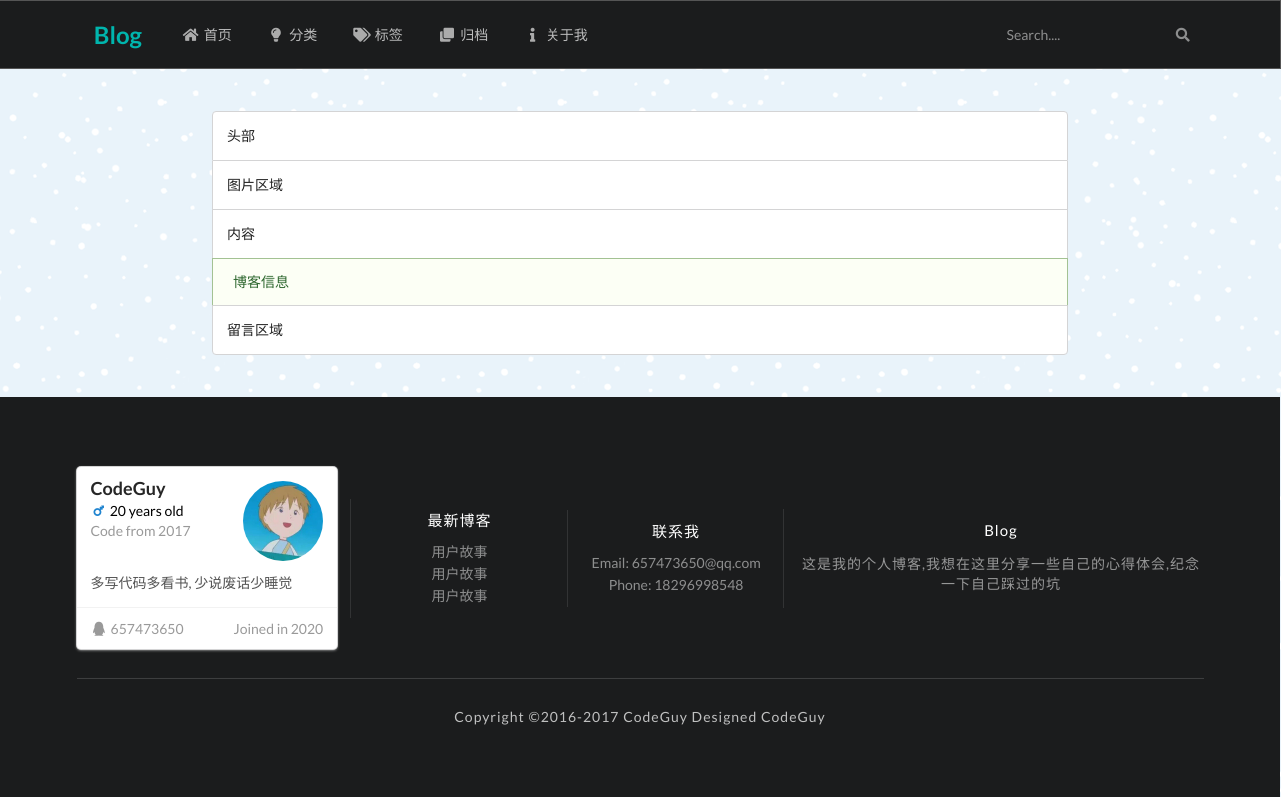
Repository: GOGOHQ/myblog
Page: blog.html
The author's editor kept a copy of each file at every save. The page is drawn from the files as they stood at one save, then again after the next save.
The browser window is 1280 px wide. The page is 1281 px wide, so the pictures cover 1281 px, including what lies to the right of the window. The pictures show the whole page.
Some web libraries are served in a nearby version.

Above is the page before, as saved 2020-01-17 13:02:21.

After the next save:
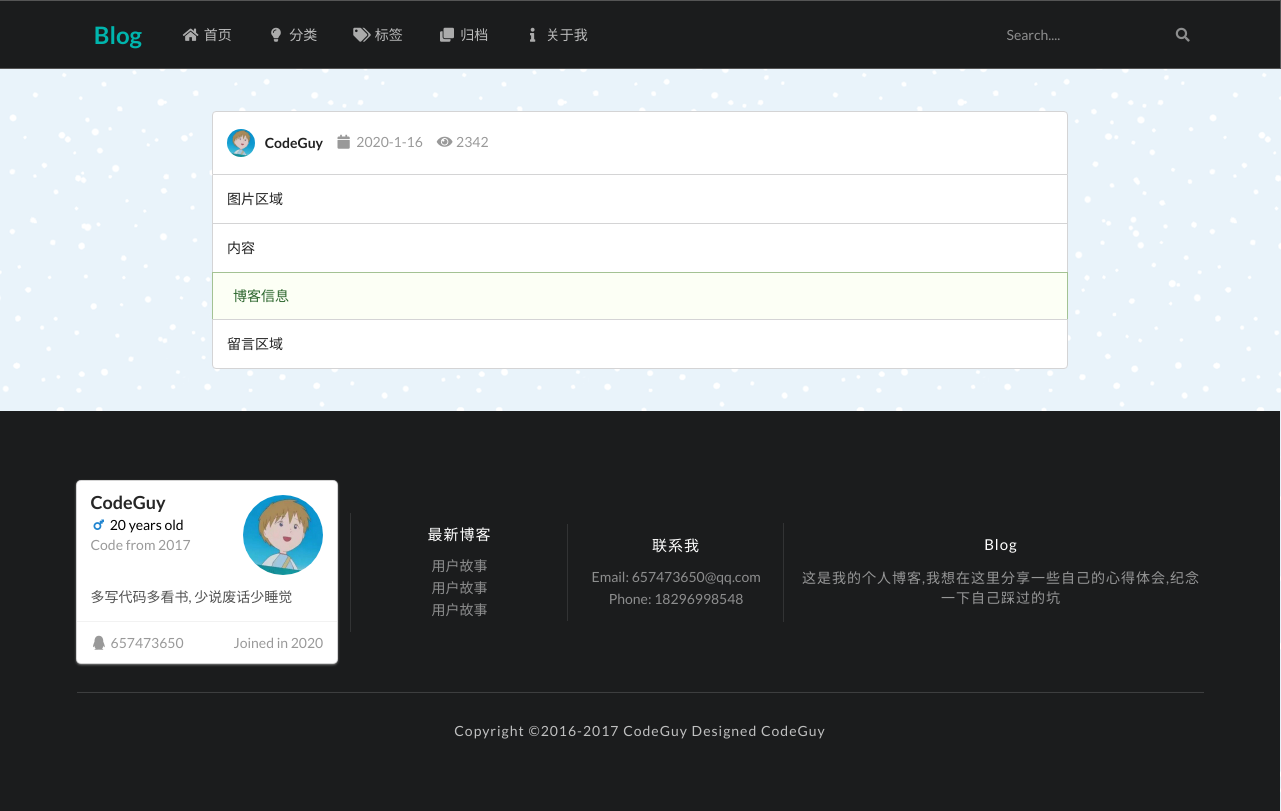
Saved 72 s later.
--- a/blog.html
+++ b/blog.html
@@ -38,7 +38,20 @@
 <div class="m-padded-tb-big m-small-container">
     <div class="ui container">
         <div class="ui top attached segment">
-            头部
+            <div class="ui horizontal link list ">
+                <div class="item">
+                    <img src="static/images/avatar.jpg" alt="" class="ui avatar image">
+                    <div class="content">
+                        <div class="header">CodeGuy</div>
+                    </div>
+                </div>
+                <div class="item" style="padding-bottom: 0px;">
+                    <i class="calendar icon"></i> 2020-1-16
+                </div>
+                <div class="item" style="padding-bottom: 0px;">
+                    <i class=" eye icon "></i> 2342
+                </div>
+            </div>
         </div>
         <div class="ui attached segment">
             图片区域

After the 2 saves that followed:
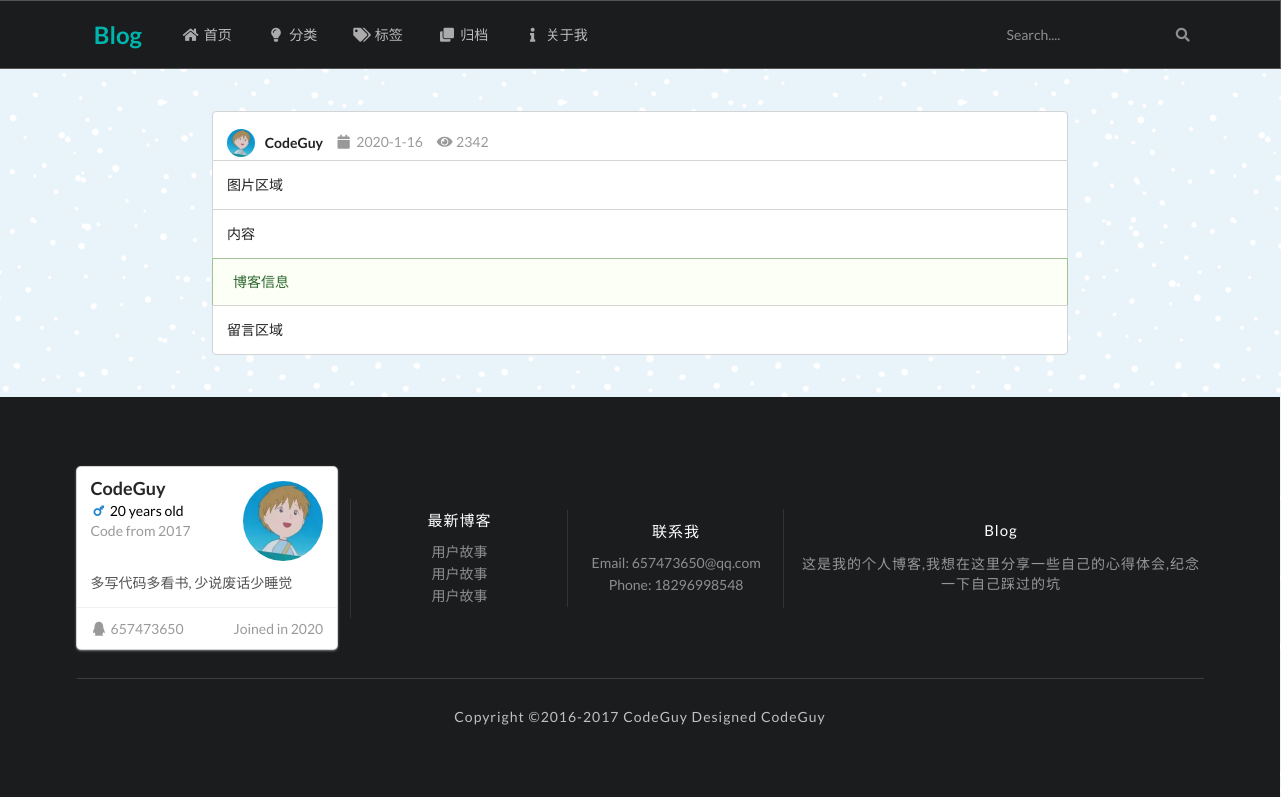
The 2 saves are shown as one change because 1 left the picture as it was.
The last was saved 47 s later.
--- a/blog.html
+++ b/blog.html
@@ -37,7 +37,7 @@
 <!-- 内容 -->
 <div class="m-padded-tb-big m-small-container">
     <div class="ui container">
-        <div class="ui top attached segment">
+        <div class="ui top attached segment" style="padding-bottom: 0px;">
             <div class="ui horizontal link list ">
                 <div class="item">
                     <img src="static/images/avatar.jpg" alt="" class="ui avatar image">
